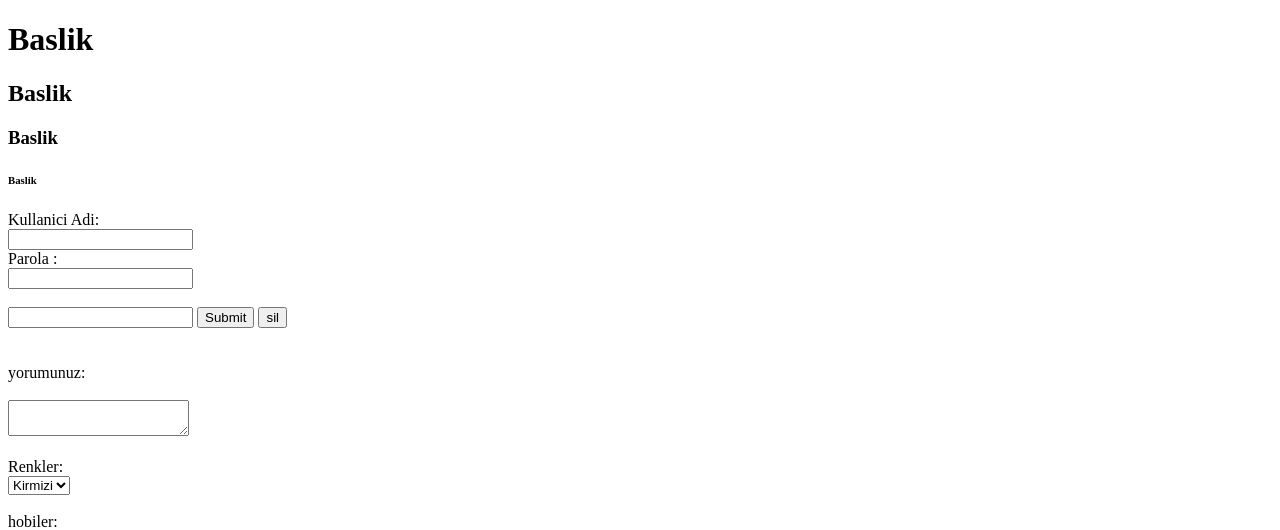
Repository: Kubraaygun/Html_Css_Login
Page: index.html
An editor plug-in stored every save of this project. The page is shown before and after the next save, followed by the edit.
The browser window is 1280 px wide. The pictures show the part of the page from y = 0 to 530 px (the page is 1893 px tall before and 1762 px after).
Pictures or frames that could not be fetched are drawn as grey boxes. A picture or video elsewhere on the page could not be fetched, so the positions and the page height are approximate.

Above is the page before, as saved 2025-03-02 20:50:19.

### index.html
<!DOCTYPE html>
<html lang="en">
  <head>
    <meta charset="UTF-8" />
    <meta name="viewport" content="width=device-width, initial-scale=1.0" />
    <title>HTML</title>
  </head>

  <body>
    <h1>Baslik</h1>
    <h2>Baslik</h2>
    <h3>Baslik</h3>
    <h6>Baslik</h6>

    <!-- <p>
      Lorem ipsum dolor sit amet, consectetur adipisicing elit. Aut obcaecati
      vitae ab dolore, magni repudiandae? Impedit earum maxime in mollitia
      aspernatur qui voluptates veritatis quis praesentium. Iusto nam corporis
      dolores.
    </p>
    <br />
    Merhaba Dunya <br />
    Merhaba Dunya
    <br />
    <b>Merhaba Dunya</b>
    <br />
    <strong>Merhaba Dunya</strong>

    <u>Alti Cizgili</u>
    <br />
    <del>UstuCizgili</del>
    <i>Italik</i>
    <em>Itali Vurgulu</em>
    <br />
    <br />
    H<sub>2</sub>0
    <br />
    <br />
    2<sup>2</sup> -->

    <form>
      Kullanici Adi: <br />
      <input required type="text" /><br />
      Parola :<br />
      <input type="password" />
      <br />
      <br />
      <input type="number" />
      <input type="submit" value="Submit" />

      <input type="reset" value="sil" />
      <br /><br /><br />
      yorumunuz:<br /><br />
      <textarea></textarea>
      <br /><br />

      Renkler:<br />
      <select>
        <option value="Kirmizi">Kirmizi</option>
        <option>Mavi</option>
        <option>Mor</option>
      </select>
      <br /><br />

      hobiler:<br />

      <input type="checkbox" /> Kitap okumak
      <br />
      <input type="checkbox" /> Bisiklet surmek <br /><br />
      <br /><br />
      <a href="https:/udemig.com" target="_blank">Udemig</a>
      <br />
      <br />
      <iframe src="https://udemig.com" width="500" height="500" frameborder="1">
      </iframe>
      <br />
      <br />
      <br />
      <br />
      <img src="/bukalemun.jpeg" alt="Bukalemun" width="500" height="300" />
      <br />
      <a href="#top">asdsad</a>
      <br />
      <br />

      <a href="https://udemig.com">
        <img src="/bukalemun.jpeg" />
      </a>
      <br />
      <br />
    </form>
  </body>
</html>

After the next save:
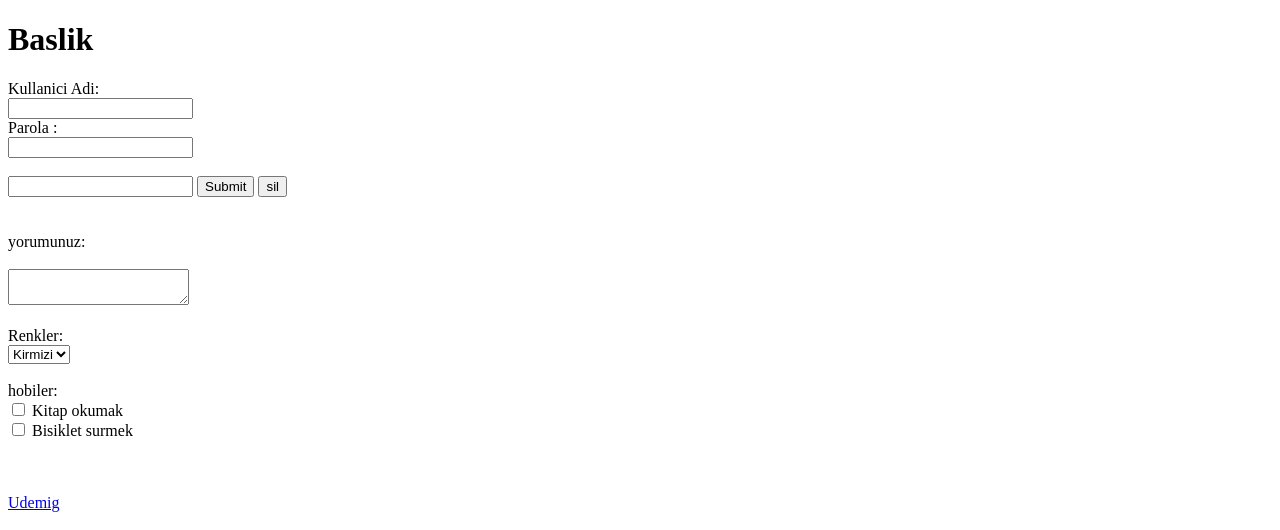
Saved 10 min 37 s later.
--- a/index.html
+++ b/index.html
@@ -7,10 +7,9 @@
   </head>
 
   <body>
-    <h1>Baslik</h1>
-    <h2>Baslik</h2>
-    <h3>Baslik</h3>
-    <h6>Baslik</h6>
+    <header>
+      <h1>Baslik</h1>
+    </header>
 
     <!-- <p>
       Lorem ipsum dolor sit amet, consectetur adipisicing elit. Aut obcaecati
